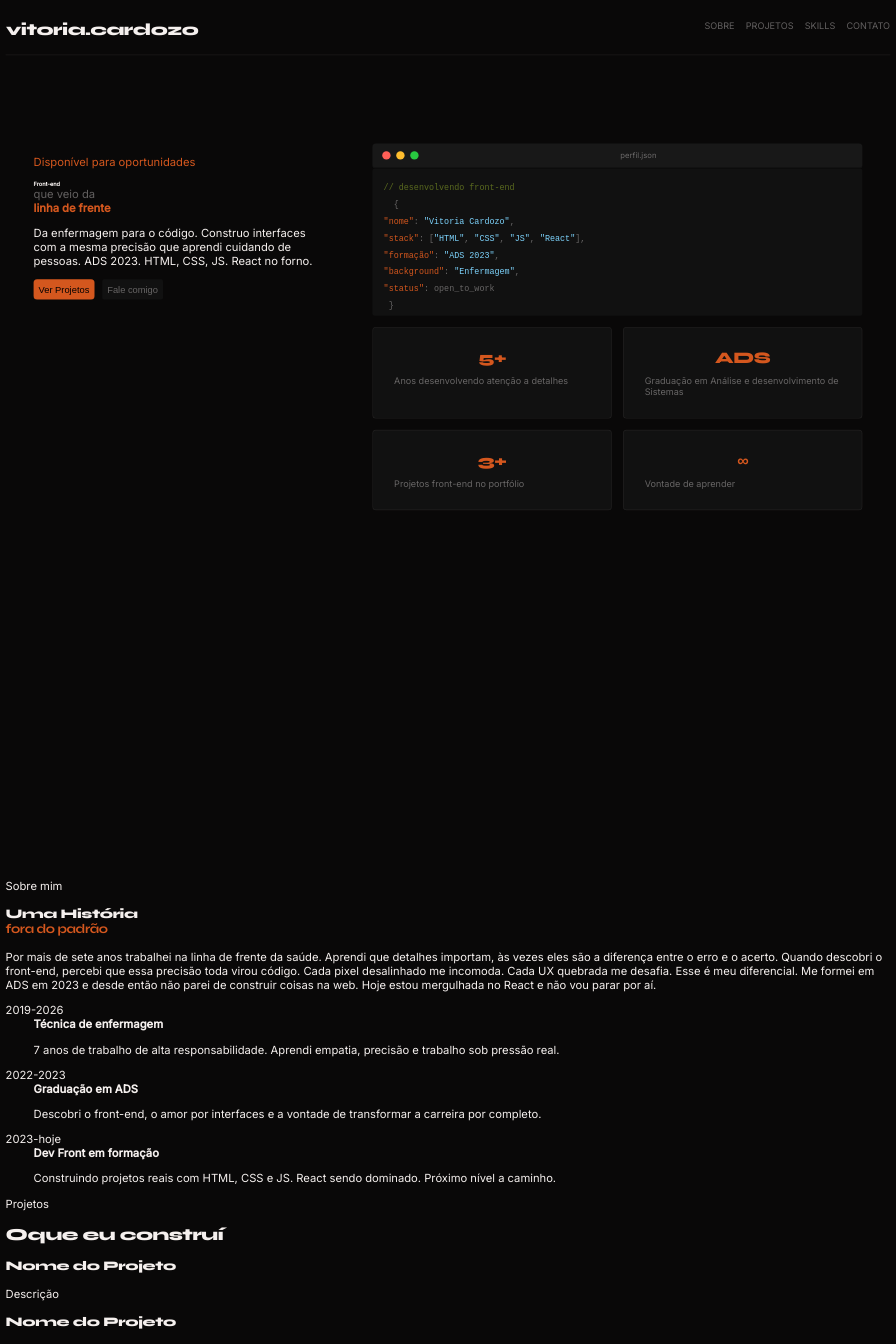
Repository: Bitroia/Portifolio
Page: index.html
An editor plug-in stored every save of this project. The page is shown before and after a run of saves, followed by the edit.
The browser window is 1280 px wide. The pictures show the part of the page from y = 0 to 1920 px (the page is 2899 px tall), at 70% of full size.
Some web fonts or font styles are not loaded; a fallback is used.

Above is the page before, as saved 2026-04-29 19:10:29.

### index.html
<!doctype html>
<html lang="pt-br">
  <head>
    <meta charset="UTF-8" />
    <meta name="viewport" content="width=device-width, initial-scale=1.0" />
    <link rel="stylesheet" href="styles/style.css" />
    <script src="scripts/script.js" defer></script>
    <link
      href="https://fonts.googleapis.com/css2?family=Syne:wght@400;700;800&family=Inter:wght@300;400;500&display=swap"
      rel="stylesheet"
    />
    <link
      href="https://fonts.googleapis.com/css2?family=Syne:wght@400;700;800&family=Syne+Mono&family=Inter:wght@300;400;500&display=swap"
      rel="stylesheet"
    />
    <title>Meu portifólio</title>
  </head>
  <body>
    <header>
      <nav id="nav-container">
        <h2>vitoria.cardozo</h2>
        <ul id="ul-container">
          <li><a href="#">SOBRE</a></li>
          <li><a href="#">PROJETOS</a></li>
          <li><a href="#">SKILLS</a></li>
          <li><a href="#">CONTATO</a></li>
        </ul>
      </nav>
    </header>
    <main>
      <section id="sections-container">
        <section id="introduction-section">
          <p class="avaible-p">Disponível para oportunidades</p>
          <span class="line-1">Front-end</span>
          <span class="line-2">que veio da</span>
          <span class="accent">linha de frente</span>
          <p>
            Da enfermagem para o código. Construo interfaces <br />
            com a mesma precisão que aprendi cuidando de <br />
            pessoas. ADS 2023. HTML, CSS, JS. React no forno.
          </p>
          <button id="projects-btn">Ver Projetos</button>
          <button id="talk-to-me-btn">Fale comigo</button>
        </section>
        <section id="secondary-section">
          <div id="info-container">
            <div class="terminal-bar">
              <span class="dot red"></span>
              <span class="dot yellow"></span>
              <span class="dot green"></span>
              <span class="terminal-title">perfil.json</span>
            </div>
            <div id="code-info-container">
              <pre><code><span class="t-comment">// desenvolvendo front-end</span>
  {
<span class="t-key">"nome"</span>: <span class="t-str">"Vitoria Cardozo"</span>,
<span class="t-key">"stack"</span>: [<span class="t-str">"HTML"</span>, <span class="t-str">"CSS"</span>, <span class="t-str">"JS"</span>, <span class="t-str">"React"</span>],
<span class="t-key">"formação"</span>: <span class="t-str">"ADS 2023"</span>,
<span class="t-key">"background"</span>: <span class="t-str">"Enfermagem"</span>,
<span class="t-key">"status"</span>: <span class="t-const">open_to_work</span>
 }
              </code></pre>
            </div>
          </div>
          <ul class="mini-cards-container">
            <li class="mini-card">
              <span class="num">5+</span>
              <span class="label">Anos desenvolvendo atenção a detalhes</span>
            </li>
            <li class="mini-card">
              <span class="num">ADS</span>
              <span class="label">Graduação em Análise e desenvolvimento de Sistemas</span>
            </li>
            <li class="mini-card">
              <span class="num">3+</span>
              <span class="label">Projetos front-end no portfólio</span>
            </li>
            <li class="mini-card">
              <span class="num">&#8734;</span>
              <span class="label">Vontade de aprender</span>
            </li>
          </ul>
        </section>
      </section>
      <section id="about-me-section">
        <section id="history-section">
          <span class="title">Sobre mim</span>
          <h1 class="broke-line">
            Uma História <span class="accent">fora do padrão</span>
          </h1>
          <p>
            Por mais de sete anos trabalhei na linha de frente da saúde. Aprendi
            que detalhes importam, às vezes eles são a diferença entre o erro e
            o acerto. Quando descobri o front-end, percebi que essa precisão
            toda virou código. Cada pixel desalinhado me incomoda. Cada UX
            quebrada me desafia. Esse é meu diferencial. Me formei em ADS em
            2023 e desde então não parei de construir coisas na web. Hoje estou
            mergulhada no React e não vou parar por aí.
          </p>
        </section>
        <section id="experiences-section">
          <dl class="experiences-list">
            <dt class="date-exp">2019-2026</dt>
            <dd class="desc-exp">
              <strong>Técnica de enfermagem</strong>
              <p>
                7 anos de trabalho de alta responsabilidade. Aprendi empatia,
                precisão e trabalho sob pressão real.
              </p>
            </dd>
            <dt class="date-exp">2022-2023</dt>
            <dd class="desc-exp">
              <strong>Graduação em ADS</strong>
              <p>
                Descobri o front-end, o amor por interfaces e a vontade de
                transformar a carreira por completo.
              </p>
            </dd>
            <dt class="date-exp">2023-hoje</dt>
            <dd class="desc-exp">
              <strong>Dev Front em formação</strong>
              <p>
                Construindo projetos reais com HTML, CSS e JS. React sendo
                dominado. Próximo nível a caminho.
              </p>
            </dd>
          </dl>
        </section>
      </section>
      <section id="projects-section">
        <span class="title">Projetos</span>
        <h2>Oque eu construí</h2>
        <article class="project-card">
          <h3>Nome do Projeto</h3>
          <p>Descrição</p>
        </article>
        <article class="project-card">
          <h3>Nome do Projeto</h3>
          <p>Descrição</p>
        </article>
        <article class="project-card">
          <h3>Nome do Projeto</h3>
          <p>Descrição</p>
        </article>
      </section>
      <section id="skills-section">
        <span class="title">Habilidades</span>
        <h1>Minha stack</h1>
        <article class="stack-card">
          <h3>Front-end</h3>
          <ul class="stack-ul">
            <li>HTML5 semântico</li>
            <li>CSS3/Grid/Flex</li>
            <li>JavaScript</li>
            <li>React (iniciante)</li>
          </ul>
        </article>
        <article class="stack-card">
          <h3>Ferramentas</h3>
          <ul class="stack-ul">
            <li>Git & GitHub</li>
            <li>VS Code</li>
            <li>Figma Básico</li>
            <li>DevTools</li>
          </ul>
        </article>
        <article class="stack-card">
          <h3>Aprendendo</h3>
          <ul class="stack-ul">
            <li>React Hooks</li>
            <li>Node.js</li>
            <li>Testes</li>
          </ul>
        </article>
        <article class="stack-card">
          <h3>Diferenciais</h3>
          <ul class="stack-ul">
            <li>Atenção a detalhes</li>
            <li>Empatia com usuário</li>
            <li>Alta pressão</li>
          </ul>
        </article>
      </section>
      <section id="finish-section">
        <span class="title">Contato</span>
        <h1>
          Vamos trabalhar
          <span class="accent">juntos?</span>
        </h1>
        <p>
          Aberta a oportunidades, freelas e parcerias. Manda uma mensagem,
          responderei rápido.
        </p>
        <a href="#" class="contact-link">meuemail@email.com</a>
        <a href="#" class="contact-link">in/ LinkedIn</a>
        <a href="#" class="contact-link">gh/ GitHub</a>
      </section>
    </main>
    <footer>
      <p>Data, meu nome</p>
      <p>built with HTML, CSS & determinação</p>
    </footer>
  </body>
</html>

### styles/style.css
:root {
  --fundo-geral: #090808;
  --fundo-cards: #111111;
  --hovers: #d8b5b5;
  --text: #f5f0ee;
  --second-text: #f5f0ee61;
  --dark-text: #050202;
  --accent: #d4571e;
  --accent-hover: #d4581ea9;
  --border: #f5f0ee12;
  --t-str: #7dd3fc;
  --t-comment: #5a6a1f;
  --font-title: "Syne", sans-serif;
  --font-body: "Inter", sans-serif;
}

* {
  padding: 0;
}

h1,
h2,
h3 {
  font-weight: 800;
  letter-spacing: -0.03em;
  color: var(--text);
  font-family: var(--font-title);
}

body {
  background-color: var(--fundo-geral);
  color: var(--text);
  font-family: var(--font-body);
  font-weight: 400;
}

/* Header */

header {
  border-bottom: 1px solid var(--border);
}

#nav-container {
  display: flex;
  justify-content: space-between;
  padding: 0.5px;
}

#ul-container {
  display: flex;
  list-style: none;
  gap: 1rem;
}

#ul-container a {
  text-decoration: none;
  color: var(--second-text);
  font-size: 13px;
  transition: 0.5s;
}

#ul-container a:hover {
  color: var(--hovers);
}

/* Apresentação */

.line-1 {
  color: var(--text);
  display: block;
  font-weight: bold;
  font-size: 50%;
}

.line-2 {
  color: var(--second-text);
  display: block;
}

.accent {
  color: var(--accent);
  display: block;
  font-weight: bold;
}

.avaible-p {
  color: var(--accent);
}

/* Cards */

#info-container {
  display: flex;
  flex-direction: column;
  width: 700px;
  border-radius: 5px;
}

.terminal-bar {
  display: flex;
  gap: 8px;
  align-items: center;
  padding: 10px 14px;
  background-color: #181818;
  border-bottom: 2px solid var(--fundo-cards);
  border-radius: 5px;
  margin-bottom: 0;
}

.dot {
  width: 12px;
  height: 12px;
  border-radius: 50%;
}

.dot.red {
  background-color: #ff5f57;
}
.dot.yellow {
  background: #ffbd2e;
}
.dot.green {
  background: #28c840;
}

.terminal-title {
  font-family: var(--font-mono);
  font-size: 11px;
  color: var(--second-text);
  margin: 0 auto;
}

#code-info-container {
  color: var(--second-text);
  background-color: var(--fundo-cards);
  border-radius: 3px;
  font-size: 12px;
  line-height: 2;
  height: 210px;
}

#code-info-container pre {
  margin: 0;
  padding: 1rem;
  white-space: pre; /* mantém a formatação do código */
  max-width: 100%; /* não vaza do pai */
}

.t-comment {
  color: var(--t-comment);
}

.t-key {
  color: var(--accent);
}

.t-str {
  color: var(--t-str);
}
/* Sessões */

#introduction-section {
  width: 700px;
  left: 50%;
}

#secondary-section {
  width: 700px;
  height: 550px;
  right: 50%;
}

.mini-cards-container {
  display: grid;
  grid-template-columns: repeat(2,1fr);
  gap: 16px;
  width: 700px;
}

.mini-card {
  display: flex;
  border: 1px solid var(--border);
  padding: 30px;
  list-style: none;
  text-align: center;
  flex-direction: column;
  border-radius: 5px;
  flex: 0 0 calc(50% - 8px);
  background-color: var(--fundo-cards);
}

.num {
  color: var(--accent);
  font-family: var(--font-title);
  font-size: 23px;
  font-weight: 800;
  letter-spacing: -0.03em;
  margin-bottom: 5px;
}

.mini-card .label {
  color: var(--second-text);
  text-align: left;
  margin-top: 5px;
  font-size: 13px;
}

#sections-container {
  display: flex;
  justify-content: space-between;
  margin-top: 10%;
  padding: 0 40px;
}

#introduction-section p {
  justify-self: left;
  display: block;
}

#about-me-section {
  margin-top: 500px;
}

/* Botões */

#projects-btn {
  background-color: var(--accent);
  padding: 7px;
  border-radius: 5px;
  border: none;
  color: var(--dark-text);
}

#talk-to-me-btn {
  background-color: var(--fundo-cards);
  padding: 7px;
  border-radius: 3px;
  border: var(--border);
  color: var(--second-text);
  margin-left: 7px;
}

#projects-btn:hover {
  background-color: var(--accent-hover);
}

Loaded but not shown: scripts/script.js (no stored copy; drawn as an empty file)

After the next 2 saves:
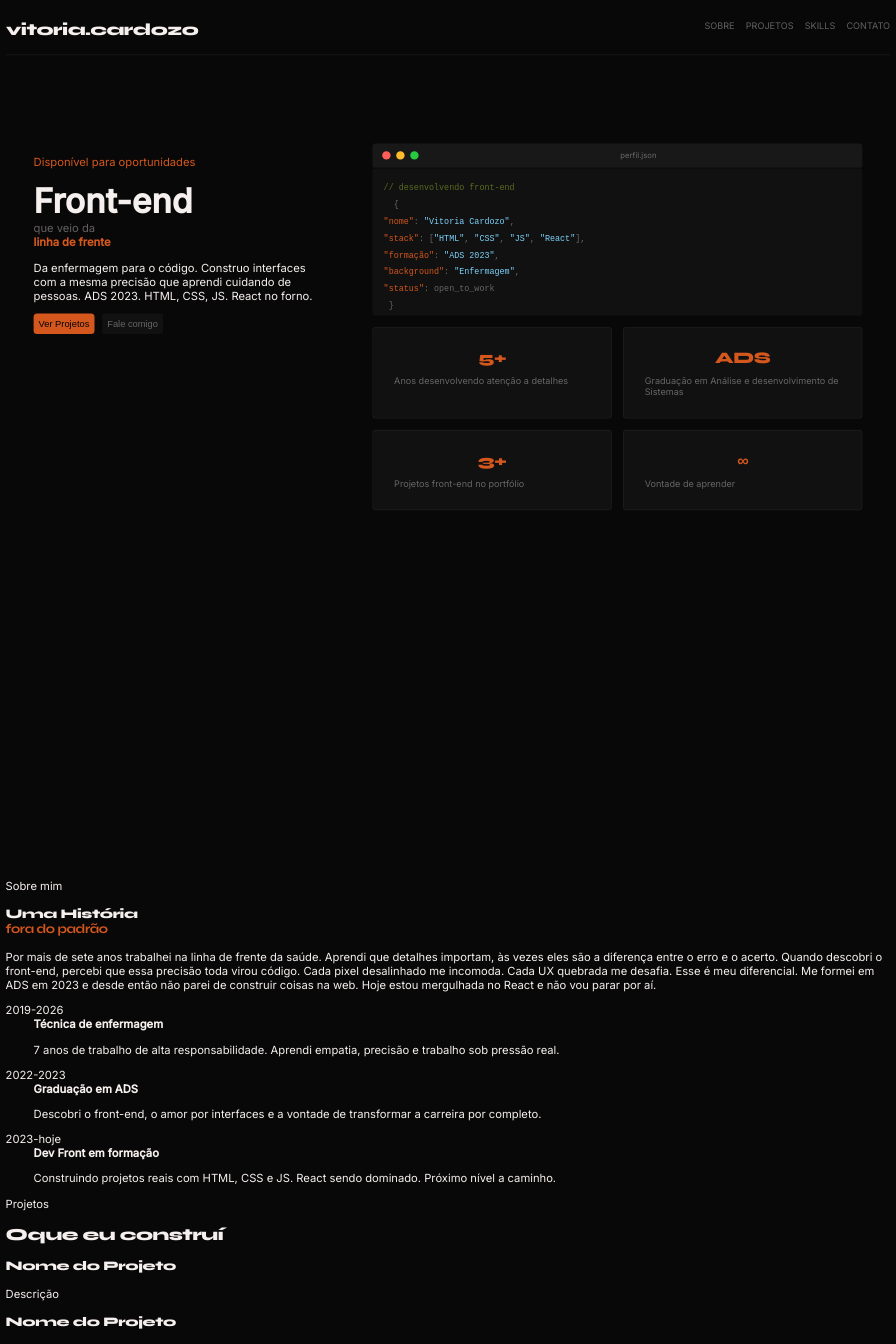
The 2 saves are shown as one change because they came seconds apart.
The last was saved 7 s later.
--- a/styles/style.css
+++ b/styles/style.css
@@ -69,7 +69,7 @@
   color: var(--text);
   display: block;
   font-weight: bold;
-  font-size: 50%;
+  font-size: 3rem;
 }
 
 .line-2 {
